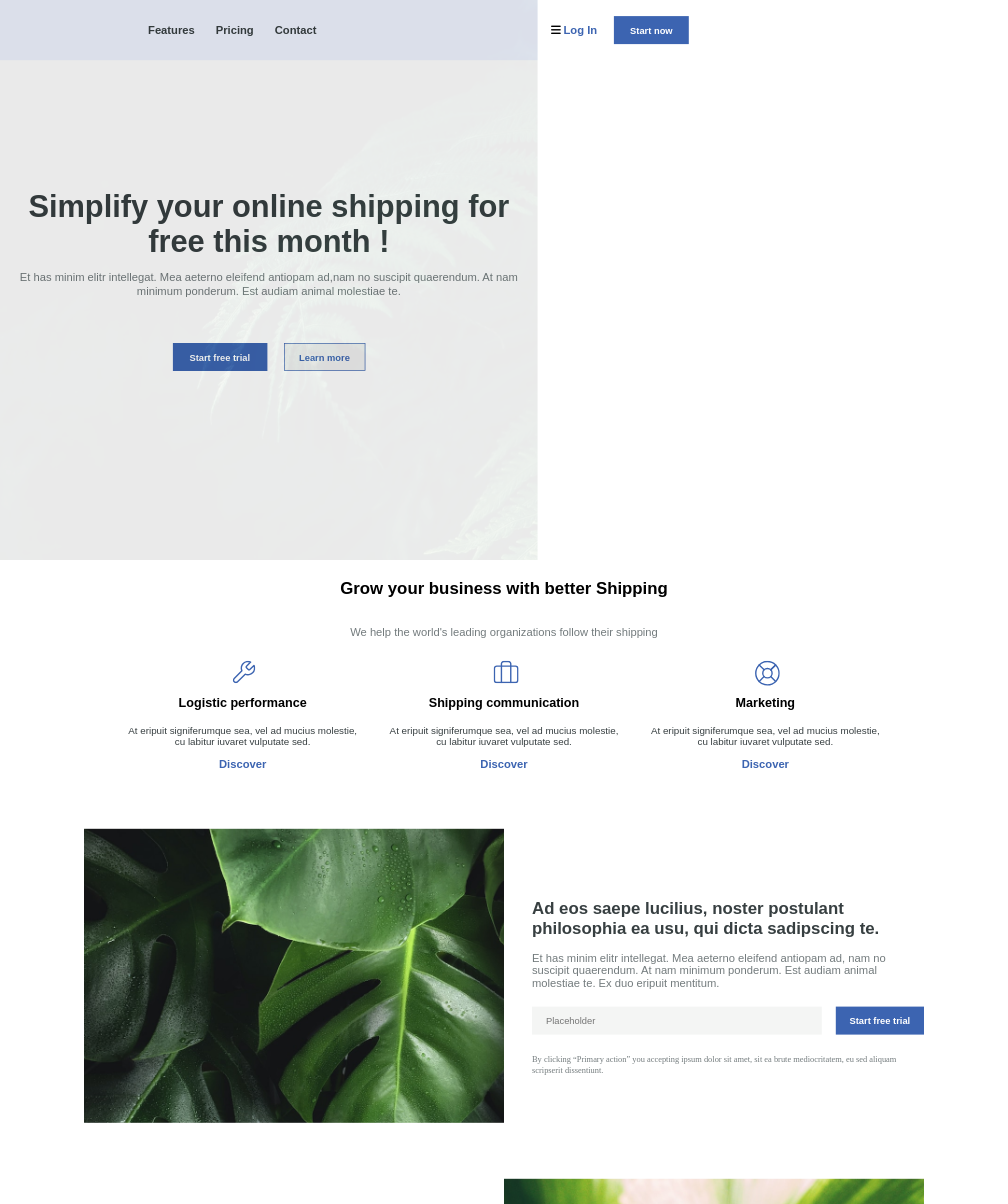
Repository: Mygit2001/LeTuSy_Test_Ecommage
Page: index.html
An editor plug-in stored every save of this project. The page is shown before and after a run of saves, followed by the edit.
The browser window is 768 px wide. The page is 1440 px wide, so the pictures cover 1440 px, including what lies to the right of the window. The pictures show the part of the page from y = 0 to 1720 px (the page is 2604 px tall), at 70% of full size.
Some web fonts or font styles are not loaded; a fallback is used. Some web libraries are served in a nearby version.

Above is the page before, as saved 2023-02-15 22:09:57.

After the next 2 saves:
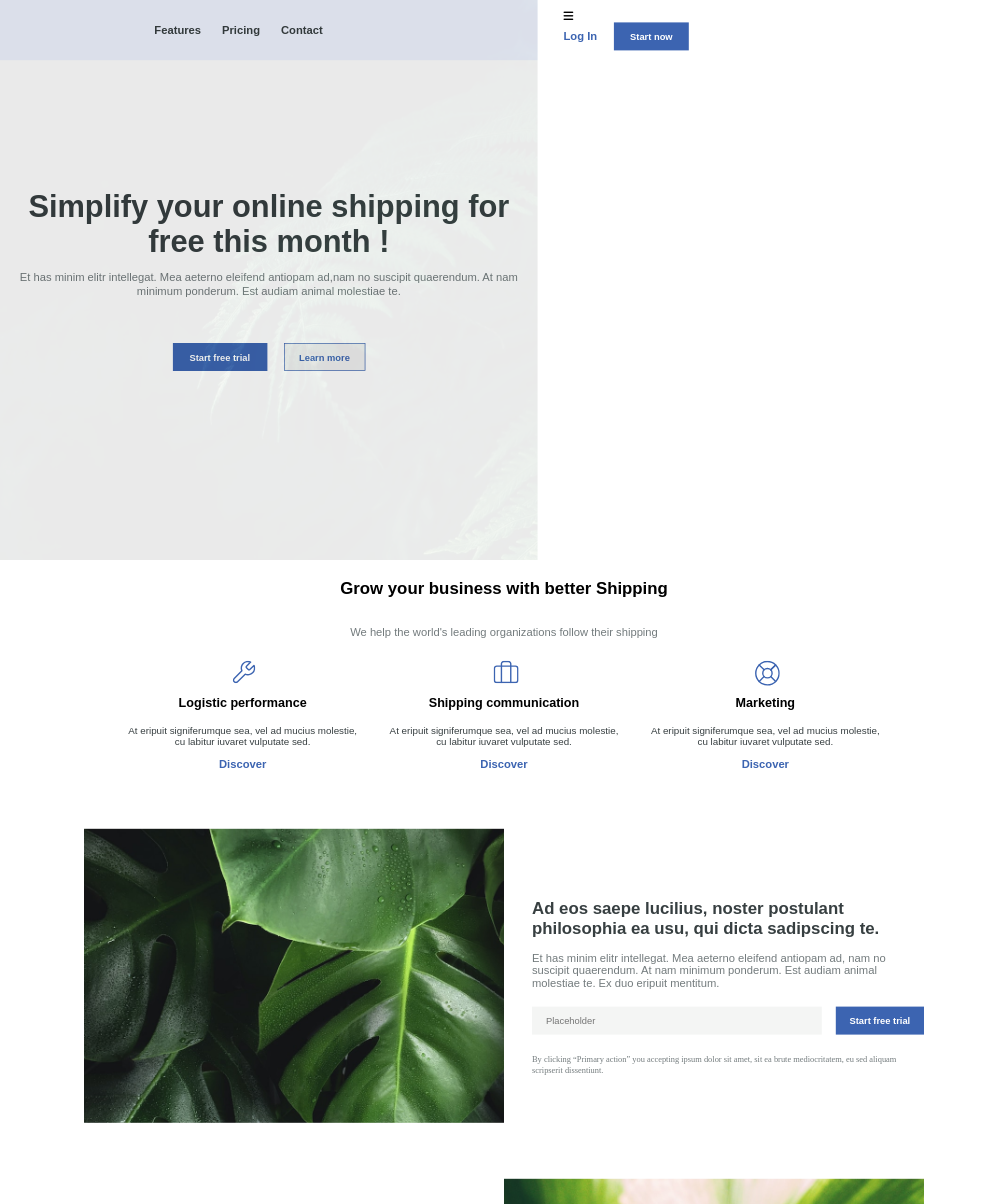
The 2 saves are shown as one change because they came seconds apart.
The last was saved 22 s later.
--- a/assets/css/responsive.css
+++ b/assets/css/responsive.css
@@ -31,5 +31,7 @@
 
  /* mobile and tablet */
 @media(max-width:63.9375em) {
-
+    .bar-icon {
+        display: block;
+    }
 }
